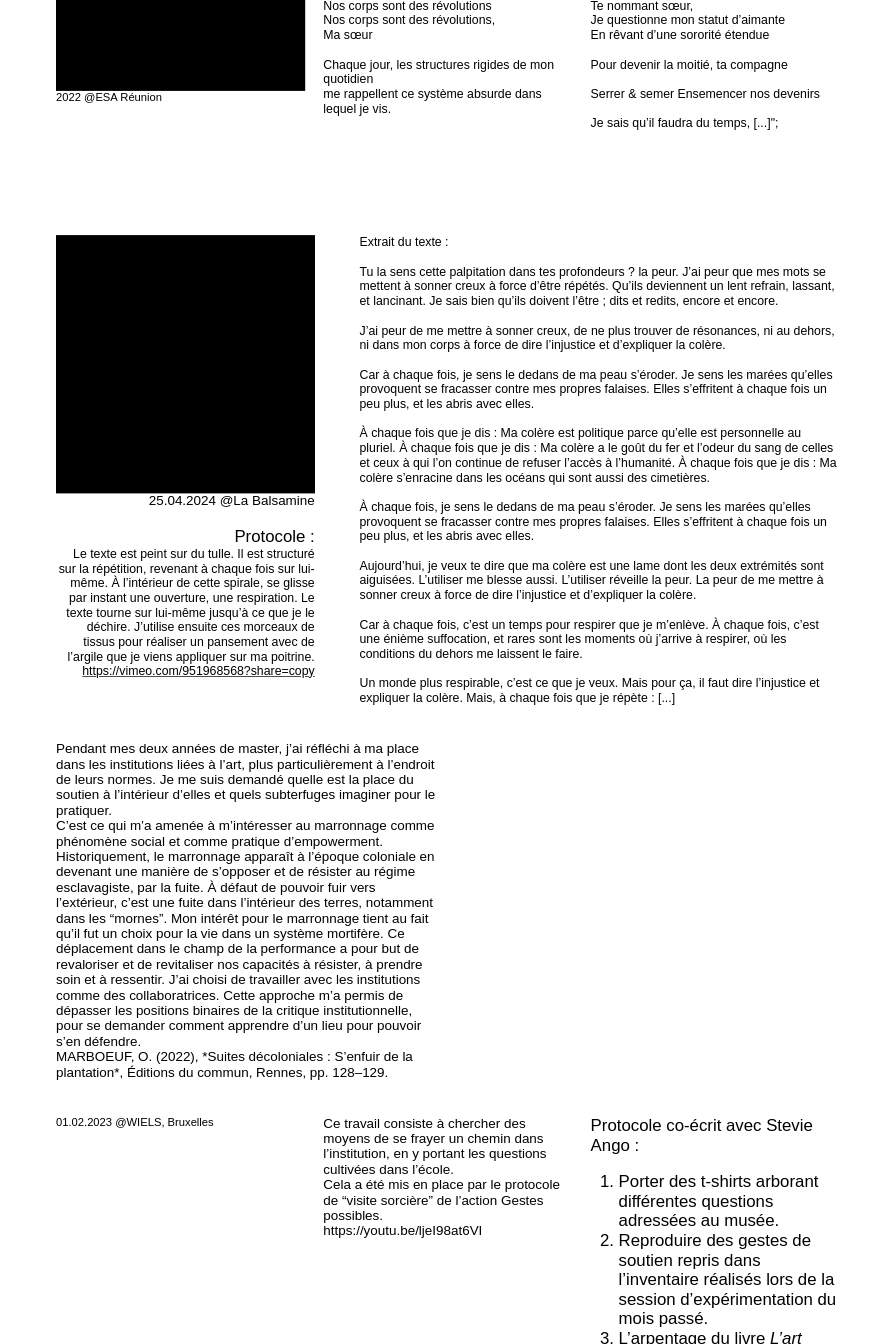
Repository: brunrhb/oce-p
Page: index.html
These files come from the project's save history. The page is drawn as it stood at one moment and after the next save; the edit follows.
The browser window is 1280 px wide. The pictures show the part of the page from y = 1477 to 3397 px (the page is 4769 px tall), at 70% of full size.

Above is the page before, as saved 2025-06-14 17:57:26.

### index.html
<!DOCTYPE html>
<html lang="fr">
<head>
  <meta charset="UTF-8">
  <meta name="viewport" content="width=device-width, initial-scale=1.0">
  <title>Grid 3 colonnes avec placeholders</title>
  <link rel="stylesheet" href="styles.css">
  <script defer src="content.js"></script>
</head>
<body>

<div class="allproject">

<section PROJET 1 LIASONS VEGETALES>

  <div class="p1">
    <div class="grid-p1s1" id="partie1">

<div class="col-p1s1-1">
  <div class="media-block-p1s1">
    <div class="placeholder-p1s1"></div>
    <p class="credit" data-content="p1s1-credit1"></p>
  </div>

  <div class="media-block-p1s1">
    <div class="placeholder-p1s1"></div>
    <p class="credit" data-content="p1s1-credit2"></p>
  </div>
</div>

    <div class="col-p1s1-2">
      <div class="media-block-p1s1">
        <div class="placeholder-p1s1"></div>
        <p class="credit" data-content="p1s1-credit3"></p>
      </div>
      <div class="media-block-p1s1">
        <div class="placeholder-p1s1"></div>
        <p class="credit" data-content="p1s1-credit4"></p>
      </div>
    </div>

    <div class="col-p1s1-3">
      <div class="media-block-p1s1">
        <div class="placeholder-p1s1"></div>
        <p class="credit" data-content="p1s1-credit5"></p>
      </div>
     <div class="text-block-p1s1">
       <p class="protocole-titre" data-content="p1s1-protocole-titre"></p>
       <p class="protocole-corps" data-content="p1s1-protocole-corps"></p>
    </div>

  </div>

    </div>
    <div class="grid-p1s2" id="partie2">

  <div class="col-p1s2-1">
    <div class="media-block-p1s2-1">
    <div class="placeholder-p1s1"></div>
      <div class="media-block-p1s2-2">
      <div class="placeholder-p1s1"></div>
      <p class="credit" data-content="p1s2-credit"></p>
    </div>
    </div>
  </div>

  <div class="col-p1s2-2">
      <div class="text-block-p1s2">
        <p class="extrait" data-content="p1s2-extrait1"></p>
      </div>
  </div>

  <div class="col-p1s2-3">
      <div class="text-block-p1s2">
        <p class="extrait" data-content="p1s2-extrait2"></p>
      </div>

  </div>



    </div>
  </div>

</section>

<section PROJET 2 PAENSER>

  <div class="p2">
    <div class="grid-p2">

       <div class="col-p2-1">
        <div class="media-block-p2">
          <div class="placeholder-p2"></div>
          <div class="credit-p2" data-content="p2-credit"></div>
        </div>
        <div class="text-block-p2">
          <div class="protocole-titre-p2" data-content="p2-protocole-titre"> </div>
          <div class="protocole-corps-p2" data-content="p2-protocole-corps"> </div>
          <div class="lien-p2" data-content="p2-lien">
            <a href="https://vimeo.com/851968568?share=copy" data-content="p2-lien" target="_blank">lien</a>
          </div>
        </div>
       </div>

       <div class="col-p2-2">
          <div class="extrait" data-content="p2-extrait"></div>
       </div>



    </div>
  </div>

</section>

<section RPOJET 3 DES NORMES AUX MORNES : MARRONNER EN SOI>

  <div class="p3">
    <div class="grid-p3">
      <div class="col-p3-1">
        <div class="text-block-p3-1">
          <div class="intro" data-content="p3-intro"></div>
          <div class="autre-corps" data-content="p3-autre-corps-1"> </div>
          <div class="biblio" data-content="p3-biblio"> </div>
        </div>
      </div>

      <div class="col-p3-2">
        <div class="text-block-p3-2">
          <div class="autre-corps" data-content="p3-autre-corps-1"> </div>
          <div class="media-block-p3">
            <div class="placeholder-p3"></div>
            <div class="placeholder-p3"></div>
          </div>

        </div>
      </div>

    </div>
  </div>



</section>

<section PROJET 4 GESTES POSSIBLEs>

<div class="p4">

<div class="grid-p4">

  <div class="col-p4-1">
    <div class="media-block-p4-1">
      <div class="credit" data-content="p4-credit"></div>
      <div class="placeholder-p4-1"></div>
    </div>
  </div>


  <div class="col-p4-2">
    <div class="placeholder-p4-2"></div>
    <div class="text-block-p4-1">
      <div class="intro" data-content="p4-intro"></div>
      <div class="autre-corps" data-content="p4-autre-corps-1"></div>
      <div class="lien" data-content="p4-lien"></div>
    </div>

  </div>


  <div class="col-p4-3">
    <div class="text-block-p4-2">
      <div class="protocole-titre" data-content="p4-protocole-titre"></div>
    </div>
  </div>

</div>

</div>

</section>

<section PROJET 5 LES MARGES FORCÉES>

  <div class="p5">
    <div class="grid-p5">

      <div class="col-p5-1">
        <div class="media-block-p5">
          <div class="placeholder-p5"></div>
          <div class="credit" data-content="p5-credit"></div>
        </div>
        <div class="text-block-p5-1">
        <div class="intro" data-content="p5-intro"></div>
        <div class="autre-corps" data-content="p5-autre-corps-1"></div>
        <div class="lien" data-content="p5-lien"></div>
        </div>
      </div>

      <div class="col-p5-2">
        <div class="extrait" data-content="p5-extrait"></div>
      </div>

    </div>
  </div>

</section>

<section PROJET 6 HIER C'EST DÉJÀ DEMAIN>

<div class="p6">
<div class="grid-p6">

  <div class="col-p6-1">
    <div class="media-block-p6-1">
      <div class="placeholder-p6-1"></div>
      <div class="credit" data-content="p6-credit-1"></div>
    </div>

    <div class="col-p6-2">
      <div class="autre-corps" data-content="p6-autre-corps-1"></div>
      <div class="text-block-p6-1">
        <div class="autre-corps" data-content="p6-autre-corps-2"></div>
        <div class="media-block-p6-2">
          <div class="placeholder-p6-2"></div>
          <div class="credit" data-content="p6-credit-2"></div>
        </div>
      </div>

    </div>

  </div>

</div>

</div>

</section>

<section PROJET 7 NOUS SOMMES LE PAYSAGE >

<div class="p7">

  <div class="grid-p7s1" id="partie1">

    <div class="col-p7s1">
      <div class="media-block-p7s1">
        <div class="placeholder-p7s1"></div>
        <div class="placeholder-p7s1"></div>
        <div class="placeholder-p7s1"></div>
        <div class="credit" data-content="p7s1-credit"></div>
      </div>

          <div class="col-p7s1">
        <div class="placeholder-p7s1"></div>
        <div class="placeholder-p7s1"></div>
        <div class="placeholder-p7s1"></div>
    </div>

              <div class="col-p7s1">
        <div class="placeholder-p7s1"></div>
        <div class="placeholder-p7s1"></div>
        <div class="placeholder-p7s1"></div>
    </div>

    <div class="grid-p7s2" id="partie2">

      <div class="row-p7s2-1">
        <div class="placeholder-p7s2"></div>
        <div class="placeholder-p7s2"></div>
        <div class="placeholder-p7s2"></div>
        <div class="media-block-p7s2">
          <div class="placeholder-p7s2"></div>
          <div class="credit" data-content="p7s2-credit-1"></div>
        </div>

      <div class="row-p7s2-2">
        <div class="text-block-p7s2-1">
          <div class="extrait" data-content="p7s2-extrait1"></div>
          <div class="credit" data-content="p7s2-credit-2"></div>
        </div>
        <div class="text-block-p7s2-2">
          <div class="extrait" data-content="p7s2-extrait2"></div>
        </div>
        <div class="text-block-p7s2-3">
          <div class="trait"></div>
          <div class="protocole-titre" data-content="p7s2-protocole-titre"></div>
          <div class="protocole-corps" data-content="p7s2-protocole-corps"></div>
        </div>
      </div>


      </div>
    </div>

  </div>

</div>

</section>

<section PROJET 8 NYAZE>

<div class="p8">

<div class="grid-p8">

  <div class="col-p8-1">
    <div class="text-block-p8">
      <div class="extrait" data-content="p8-extrait"></div>
      <div class="trait"></div>
      <div class="protocole-titre" data-content="p8-protocole-titre"></div>
      <div class="protocole-corps" data-content="p8-protocole-corps"></div>
    </div>
  </div>

  <div class="col-p8-2">
    <div class="media-block-p8">
      <div class="placeholder-p8"></div>
      <div class="credit" data-content="p8-credit"></div>
    </div>
  </div>

</div>

</div>

</section>

 </div>

</body>
</html>

### styles.css
body {
  margin: 0;
  font-family: sans-serif;
  font-size: clamp(0.9rem, 1.5vw, 1.2rem);
}

.allproject {
  display: flex;
  flex-direction: column;
  justify-content: flex-start;
  gap: 4vw;
}


/* #region PROJET1 LIASONS VEGETALES */
.p1 {
  display: flex;
  flex-direction: column;
  justify-content: flex-start;
  gap: 4vw;
}


/* #region slide1 */

/* 1 grille et colonnes */
.grid-p1s1 {
  display: grid;
  grid-template-columns: 1fr 1fr 1fr;
  padding-top: 5rem;
  padding-left: 5rem;
  padding-right: 5rem;
  column-gap: 2vw;
}

.col-p1s1-1 {
  display: flex;
  flex-direction: column;
  justify-content: flex-start;
  gap: 2vw;
  background-color: crimson;
}

.col-p1s1-2 {
  display: flex;
  flex-direction: column;
  justify-content: flex-start;
  gap: 2vw;
  background-color: royalblue;
}

.col-p1s1-3 {
  display: flex;
  flex-direction: column;
  justify-content: flex-start;
  gap: 2vw;
  background-color: seagreen;
}


/* 2 blocks et elements */
.media-block-p1s1 {
  display: block;
  width: 100%;
}

.placeholder-p1s1 {
  aspect-ratio: 1 / 1;
  width: 100%;
  background-color: black;
}

.credit {
  position: absolute;
  font-size: 1rem;
  line-height: 1.2;
  margin: 0;
  z-index: 10;
}

.text-block-p1s1 {
  display: flex;
  flex-direction: column;
  justify-content: flex-end;
  width: 100%;
  aspect-ratio: 1 / 1;
  background-color: white;
  padding: 0;
  margin: 0;
  gap: 0;
}

.protocole-titre {
  font-size: 1.5rem;
  margin: 0;
  padding: 0;
}

.protocole-corps {
  font-size: 1.1rem;
  margin: 0;
  padding: 0;
}

/* #endregion */


/* #region slide2 */

/* 1 grille et colonnes */
.grid-p1s2 {
  display: grid;
  grid-template-columns: 1fr 1fr 1fr;
  padding-bottom: 5rem;
  padding-left: 5rem;
  padding-right: 5rem;
  column-gap: 2vw;
}

.col-p1s2-1 {
  display: flex;
  flex-direction: column;
  justify-content: flex-start;
  gap: 20vw;
}

.col-p1s2-2 {
  display: flex;
}

.col-p1s2-3 {
  display: flex;
}


/* 2 blocks et elements */
.media-block-p1s2-1 {
  display: flex;
  flex-direction: column;
  gap: 2vw;
  position: relative;
  width: 100%;
}

.media-block-p1s2-2 {
  display: block;
  position: relative;
  width: 100%;
}

.text-block-p1s2 {
  gap: 0;
}

.extrait {
  font-size: 1.1rem;
}

/* #endregion */

/* #endregion */


/* #region P2 PAENSER */


.p2 {
  display: flex;
  flex-direction: column;
  justify-content: flex-start;
}

/* 1 grille et colonnes */
.grid-p2 {
  display: grid;
  grid-template-columns: 0.7fr 1.3fr;
  padding-left: 5rem;
  padding-right: 5rem;
  column-gap: 5vw;
}
.col-p2-1 {
  display: flex;
  flex-direction: column;
  justify-content: flex-start;
  gap: 2vw;
}
.col-p2-2 {
  display: flex;
  flex-direction: column;
  justify-content: flex-start;
  gap: 2vw;
}

/* 2 blocks et elements */
.media-block-p2 {
  display: block;
  width: 100%;

}
.placeholder-p2 {
  aspect-ratio: 1 / 1;
  width: 100%;
  background-color: black;
}
.credit-p2 {
  text-align: right;
  margin: top 0.5rem;
   margin-left: auto;
}
.text-block-p2 {
  text-align: right;  /* Aligne tout le texte à droite */
}

/* Si besoin de contrôle plus fin sur certains éléments */
.protocole-titre-p2 {
  text-align: right;  /* Aligne tout le texte à droite */
  font-size: 1.5rem;
  }

.protocole-corps-p2 {
  text-align: right;  /* Aligne tout le texte à droite */
  font-size: 1.1rem;
  }

.lien-p2 {
  text-align: right;
  font-size: 1.1rem;
  text-decoration: underline;
  color: inherit; /* garde la couleur du texte parent */
  cursor: pointer;
}
.extrait {
}

/* #endregion */


/* #region P3 DES NORMES AUX MORNES : MARRONNER EN SOI. */

/* 1 grille et colonnes */
.grid-p3 {
  display: grid;
  grid-template-columns: 1fr 1fr;
  padding-left: 5rem;
  padding-right: 5rem;
  column-gap: 2vw;
}
.col-p3-1 {
}
.col-p3-2 {
}

/* 2 blocks et elements */
.text-block-p3-1 {
}
.text-block-p3-2 {
}
.intro {
}
.autre-corps {
}
.biblio {
}
.media-block-p3 {
}
.placeholder-p3 {
}

/* #endregion */


/* #region P4 ECOLE COMME CAISSE D RESONNANCE */

/* 1 grille et colonnes */
.grid-p4 {
  display: grid;
  grid-template-columns: 1fr 1fr 1fr;

  padding-left: 5rem;
  padding-right: 5rem;
  column-gap: 2vw;
}

.col-p4-1 {
}
.col-p4-2 {
}
.col-p4-3 {
}

/* 2 blocks et elements */
.media-block-p4-1 {
}
.placeholder-p4-1 {
}
.placeholder-p4-2 {
}
.credit {
}
.text-block-p4-1 {
}
.intro {
}
.autre-corps {
}
.lien {
}
.text-block-p4-2 {
}
.protocole-titre {
}

/* #endregion */


/* #region P5 GESTES POSSIBLES */

/* 1 grille et colonnes */
.grid-p5 {
  display: grid;
  grid-template-columns: 0.3fr 0.7fr 1fr;
  padding-left: 5rem;
  padding-right: 5rem;
  column-gap: 2vw;
}

.col-p5-1 {
}
.col-p5-2 {
}

/* 2 blocks et elements */
.media-block-p5 {
}
.placeholder-p5 {
}
.credit {
}
.text-block-p5-1 {
}
.intro {
}
.autre-corps {
}
.lien {
}
.extrait {
}

/* #endregion */


/* #region P6 LES MARGES FORCÉES */

/* 1 grille et colonnes */
.grid-p6 {
}
.col-p6-1 {
}
.col-p6-2 {
}

/* 2 blocks et elements */
.media-block-p6-1 {
}
.placeholder-p6-1 {
}
.credit {
}
.autre-corps {
}
.text-block-p6-1 {
}
.media-block-p6-2 {
}
.placeholder-p6-2 {
}

/* #endregion */

/* #region P7  */
/* #region P7S1 */

/* 1 grille et colonnes */
.grid-p7s1 {
}
.col-p7s1 {
}

/* 2 blocks et elements */
.media-block-p7s1 {
}
.placeholder-p7s1 {
}
.credit {
}

/* #endregion */


/* #region P7S2 */

/* 1 grille et colonnes */
.grid-p7s2 {
}
.row-p7s2-1 {
}
.row-p7s2-2 {
}

/* 2 blocks et elements */
.placeholder-p7s2 {
}
.media-block-p7s2 {
}
.credit {
}
.text-block-p7s2-1 {
}
.extrait {
}
.text-block-p7s2-2 {
}
.text-block-p7s2-3 {
}
.trait {
}
.protocole-titre {
}
.protocole-corps {
}

/* #endregion */
/* #endregion */


/* #region P8 */

/* 1 grille et colonnes */
.grid-p8 {
}
.col-p8-1 {
}
.col-p8-2 {
}

/* 2 blocks et elements */
.text-block-p8 {
}
.extrait {
}
.trait {
}
.protocole-titre {
}
.protocole-corps {
}
.media-block-p8 {
}
.placeholder-p8 {
}
.credit {
}

/* #endregion */

Loaded but not shown: content.js (174 lines, source omitted)

After the next save:
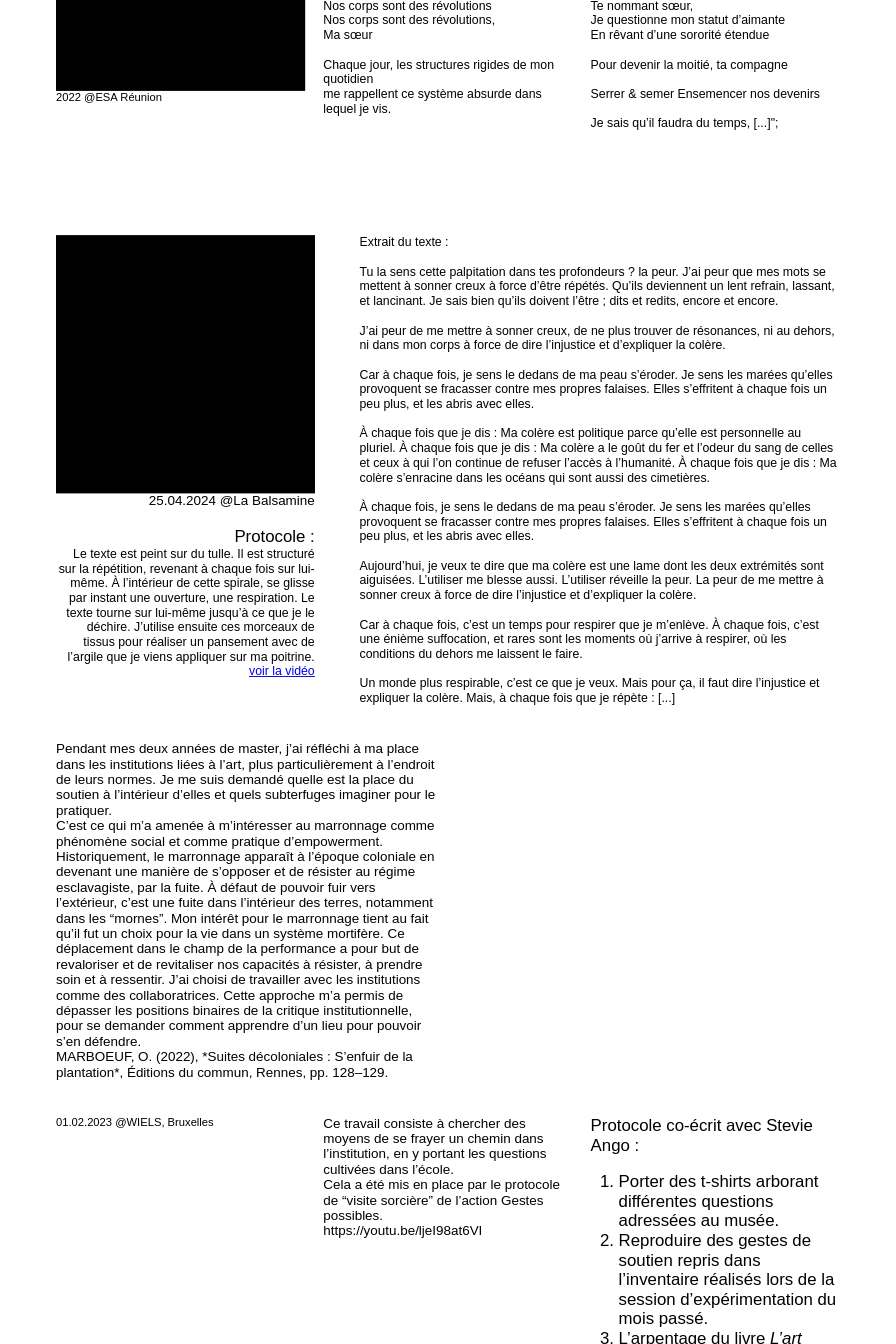
Saved 3 min 19 s later.
--- a/index.html
+++ b/index.html
@@ -97,8 +97,8 @@
         <div class="text-block-p2">
           <div class="protocole-titre-p2" data-content="p2-protocole-titre"> </div>
           <div class="protocole-corps-p2" data-content="p2-protocole-corps"> </div>
-          <div class="lien-p2" data-content="p2-lien">
-            <a href="https://vimeo.com/851968568?share=copy" data-content="p2-lien" target="_blank">lien</a>
+          <div class="lien-p2">
+            <a href="https://vimeo.com/851968568?share=copy">voir la vidéo</a>
           </div>
         </div>
        </div>
